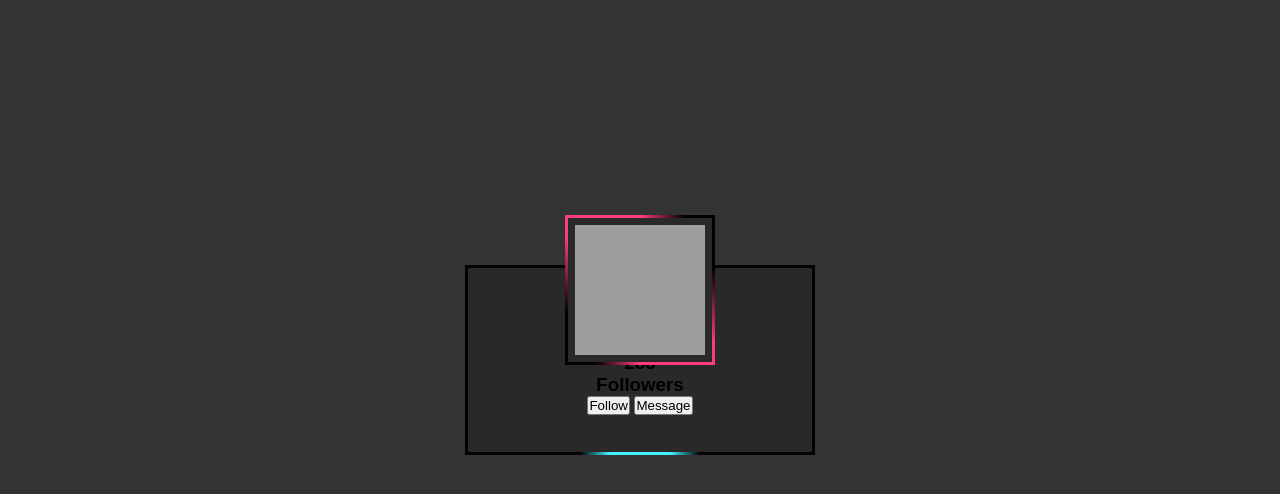
Repository: SeungYn/Javascript-study-toy
Page: profile-card/index.html
An editor plug-in stored every save of this project. The page is shown before and after the next save, followed by the edit.
The browser window is 1280 px wide. The pictures show the whole page.
Pictures or frames that could not be fetched are drawn as grey boxes.

Above is the page before, as saved 2023-01-12 15:53:49.

After the next save:
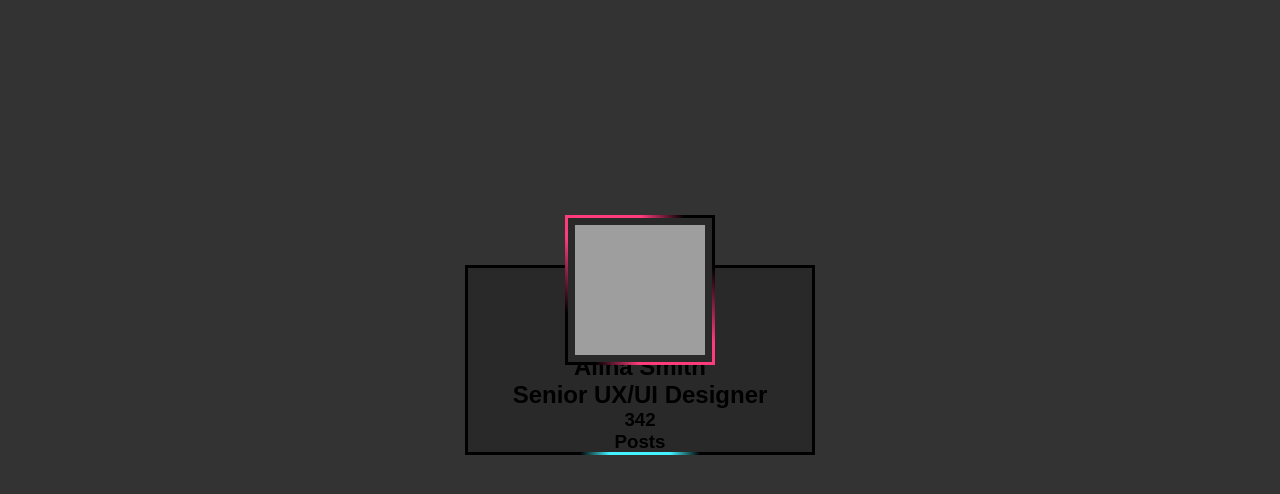
Saved 48 s later.
--- a/profile-card/style.css
+++ b/profile-card/style.css
@@ -146,4 +146,5 @@ body {
   text-align: center;
   width: 100%;
   transition: 0.5s;
+  transform: translateY(145px);
 }
